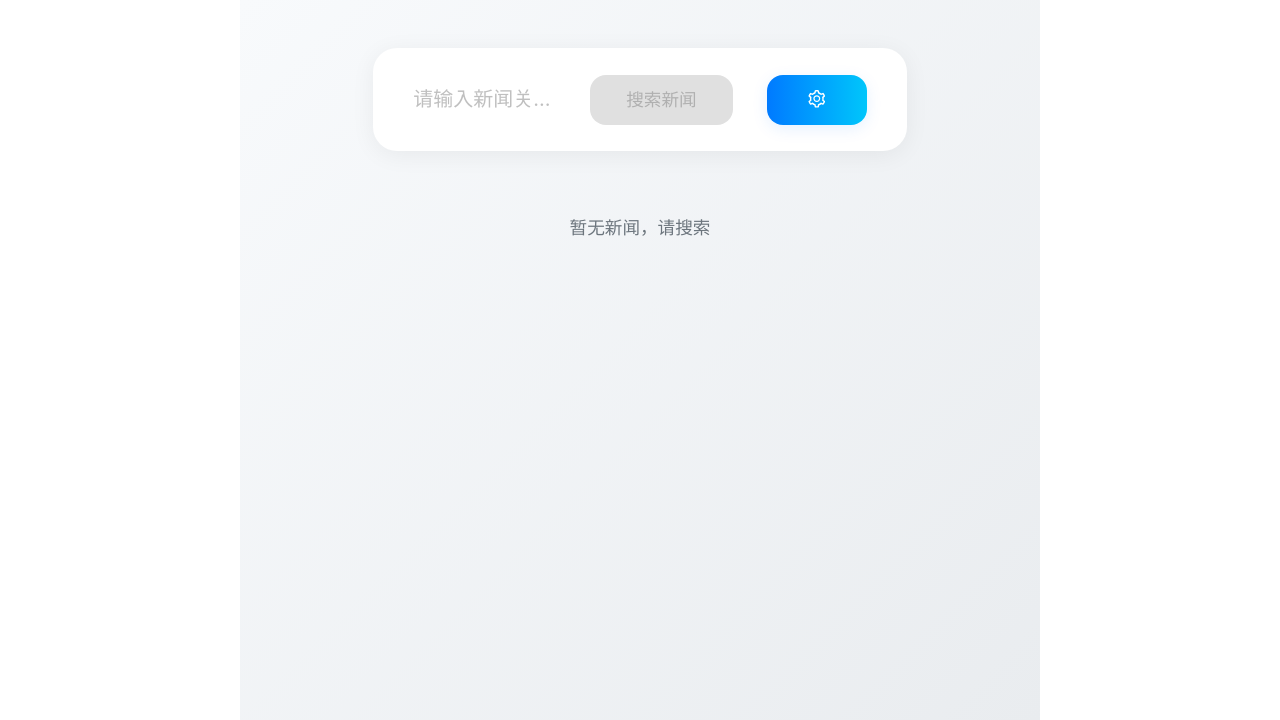
Repository: XJN7197/NewsAssistantBaseMCP
Page: / (app in frontend/)
An editor plug-in stored every save of this project. The page is shown before and after the next save, followed by the edit.
The browser window is 1280 px wide. The pictures show the whole page.
The project was rebuilt for these pictures with package versions that can differ from the ones it lists, and the page was loaded fresh each time. Also part of the build but not shown: frontend/vite.config.ts.

Above is the page before, as saved 2025-05-23 17:49:02.

### frontend/src/App.tsx
import { useState } from 'react'
import Home from './pages/Home'
import './App.css'

function App() {

  return (
    <>
      <Home/>
    </>
  )
}

export default App

### frontend/src/pages/Home.tsx
import React, { useState  } from 'react';
import { List, Checkbox, Button as AntButton, Input, Spin, Modal, Typography, Form, message } from 'antd'; // Ant Design 组件导入
import 'antd/dist/reset.css'; // 导入 Ant Design 样式
import ReactMarkdown from 'react-markdown';
import remarkGfm from 'remark-gfm';
import styles from './Home.module.css'
import { mockNewsData } from '../mock/newsData'
import { mockReportData } from '../mock/reportData'
import { SettingOutlined } from '@ant-design/icons'; // 导入设置图标

// 假设你有这些组件，后续可单独实现
// import NewsSearch from '../components/NewsSearch'
// import NewsCardList from '../components/NewsCardList'
// import AnalyzeButton from '../components/AnalyzeButton'
// import ReportModal from '../components/ReportModal'

const { Title, Text, Link } = Typography;

const Home: React.FC = () => {
  // 搜索关键词
  const [keyword, setKeyword] = useState('')
  // 新闻列表
  const [newsList, setNewsList] = useState<any[]>([])
  // 选中的新闻项
  const [selectedNews, setSelectedNews] = useState<Set<number>>(new Set());
  // 是否正在加载
  const [loading, setLoading] = useState(false)
  // 分析报告内容
  const [report, setReport] = useState<string | null>(null)
  // 控制报告弹窗显示
  const [showReport, setShowReport] = useState(false)
  // 控制设置弹窗显示
  const [showSettings, setShowSettings] = useState(false);
  // 配置数据
  const [config, setConfig] = useState<any>({});
  // 配置表单实例
  const [configForm] = Form.useForm();
  // 配置加载状态
  const [configLoading, setConfigLoading] = useState(false);

  // 下载报告处理函数
  const handleDownload = () => {
    if (!report) return;

    const timestamp = new Date().toISOString().replace(/[:.]/g, '-');
    const content = report;
    const fileName = `舆情分析报告_${timestamp}.md`;
    const blob = new Blob([content], { type: 'text/plain;charset=utf-8' });
    const url = window.URL.createObjectURL(blob);
    const link = document.createElement('a');
    link.href = url;
    link.download = fileName;
    document.body.appendChild(link);
    link.click();
    document.body.removeChild(link);
    window.URL.revokeObjectURL(url);
  };

  // 搜索新闻
  const handleSearch = async () => {
    setLoading(true)
    setNewsList([]); // 清空旧的新闻列表
    setReport(null); // 清空旧的报告
    setShowReport(false); // 关闭报告弹窗

    try {
      let data;

      // 根据环境变量决定是否使用mock数据
      if (import.meta.env.VITE_USE_MOCK_NEWS === 'true') {
        // 使用mock数据
        await new Promise(resolve => setTimeout(resolve, 1000)); // 模拟延迟
        data = mockNewsData;
      } else {
        // 使用实际API
        const response = await fetch('http://localhost:8000/search', {
          method: 'POST',
          headers: {
            'Content-Type': 'application/json',
          },
          body: JSON.stringify({ keyword: keyword }),
        });

        if (!response.ok) {
          throw new Error(`HTTP error! status: ${response.status}`);
        }

        data = await response.json();
      }

      // 检查返回的数据结构，确保有 news_list 字段
      if (data && data.news_list) {
        console.log("获取到的新闻数据:", data.news_list);
        // 初始化选中状态，默认全部选中
        const initialNewsList = data.news_list.map((news: any, index: number) => ({ ...news, id: index })); // selected 属性由 selectedNews Set 管理
        setNewsList(initialNewsList);
        const initialSelected = new Set<number>(initialNewsList.map((news: any) => news.id));
        setSelectedNews(initialSelected);
      } else {
        setNewsList([{ error: '未获取到新闻数据或数据格式不正确' }]);
      }

    } catch (error) {
      console.error("搜索新闻失败:", error);
      setNewsList([{ error: `搜索新闻失败: ${error}` }]);
    } finally {
      setLoading(false);
    }
  }

  // 分析新闻
  const handleAnalyze = async () => {
    setLoading(true);
    setReport(null); // 清空旧的报告
    setShowReport(true); // Show modal immediately

    // 过滤出选中的新闻
    const newsToAnalyze = newsList.filter(news => selectedNews.has(news.id));

    if (newsToAnalyze.length === 0) {
        setReport("没有新闻内容可供分析。");
        setLoading(false);
        return;
    }

    try {
      let data;

      // 根据环境变量决定是否使用mock数据
      if (import.meta.env.VITE_USE_MOCK_REPORT === 'true') {
        // 使用mock数据
        await new Promise(resolve => setTimeout(resolve, 1000)); // 模拟延迟
        data = mockReportData;
      } else {
        // 使用实际API
        const response = await fetch('http://localhost:8000/analyze', {
          method: 'POST',
          headers: {
            'Content-Type': 'application/json',
          },
          body: JSON.stringify({ news_list: newsToAnalyze }),
        });

        if (!response.ok) {
          throw new Error(`HTTP error! status: ${response.status}`);
        }

        data = await response.json();
      }

      // 检查返回的数据结构，确保有 report 字段
      if (data && data.report) {
        console.log("获取到的分析报告:", data.report);
        setReport(data.report);
      } else {
        setReport("未获取到分析报告或报告格式不正确");
      }

    } catch (error) {
      console.error("分析新闻失败:", error);
      setReport(`分析新闻失败: ${error}`);
    } finally {
      setLoading(false);
    }
  }



  // 获取配置
  const fetchConfig = async () => {
    setConfigLoading(true);
    try {
      const response = await fetch('http://localhost:8000/config');
      if (!response.ok) {
        throw new Error(`HTTP error! status: ${response.status}`);
      }
      const data = await response.json();
      if (data && data.config) {
        setConfig(data.config);
        configForm.setFieldsValue(data.config); // 设置表单初始值
      } else if (data && data.error) {
        message.error(`获取配置失败: ${data.error}`);
      } else {
        message.error('获取配置失败: 未知错误');
      }
    } catch (error) {
      console.error("获取配置失败:", error);
      message.error(`获取配置失败: ${error}`);
    } finally {
      setConfigLoading(false);
    }
  };

  // 更新配置
  const updateConfig = async (values: any) => {
    setConfigLoading(true);
    try {
      const response = await fetch('http://localhost:8000/config', {
        method: 'POST',
        headers: {
          'Content-Type': 'application/json',
        },
        body: JSON.stringify({ config: values }),
      });

      if (!response.ok) {
        throw new Error(`HTTP error! status: ${response.status}`);
      }

      const data = await response.json();
      if (data && data.status === '✅ .env 文件已更新') {
        message.success('配置更新成功！');
        setConfig(data.config); // 更新本地配置状态
        setShowSettings(false); // 关闭弹窗
      } else if (data && data.error) {
        message.error(`更新配置失败: ${data.error}`);
      } else {
        message.error('更新配置失败: 未知错误');
      }

    } catch (error) {
      console.error("更新配置失败:", error);
      message.error(`更新配置失败: ${error}`);
    } finally {
      setConfigLoading(false);
    }
  };

  // 处理设置按钮点击
  const handleSettingsClick = () => {
    setShowSettings(true);
    fetchConfig(); // 打开弹窗时获取最新配置
  };

  return (
    <div className={styles['home-container']}>
      {/* 搜索栏 - 使用 Ant Design 组件 */}
      <div className={styles['search-bar']}>
        <Input
          placeholder="请输入新闻关键词"
          value={keyword}
          onChange={e => setKeyword(e.target.value)}
          onPressEnter={handleSearch} // 支持回车搜索
          style={{ flex: 1, fontSize: '1.25rem', padding: '12px 0' }} // 保持原有部分样式
        />
        <AntButton
          type="primary"
          onClick={handleSearch}
          loading={loading}
          disabled={!keyword}
          style={{ borderRadius: '16px', padding: '14px 36px', fontSize: '1.1rem', fontWeight: 500, marginRight: '10px' }} // 保持原有部分样式，并添加右边距
        >
          搜索新闻
        </AntButton>
        {/* 新增设置按钮 */}
        <AntButton
          icon={<SettingOutlined />}
          onClick={handleSettingsClick}
          style={{ width:'100px',borderRadius: '16px', padding: '14px', fontSize: '1.1rem', fontWeight: 500 }}
        />
      </div>

      {/* 新闻列表 - 使用 Ant Design List 组件 */}
      <div className={styles['news-list-container']}> {/* 新增一个容器来控制 List 的宽度和间距 */}
        {loading && newsList.length === 0 && <div style={{ textAlign: 'center', padding: '40px 0' }}><Spin size="large" /></div>}
        {!loading && newsList.length === 0 && <div style={{ textAlign: 'center', color: '#6c757d', fontSize: '1.1rem', padding: '40px 0' }}>暂无新闻，请搜索</div>}
        {newsList.length > 0 && newsList[0].error && (
          <div className={styles['error-message']}>{newsList[0].error}</div>
        )}
        {newsList.length > 0 && !newsList[0].error && (
          <List
            itemLayout="horizontal"
            dataSource={newsList}
            renderItem={item => {
              const onItemChange = (e: any) => {
                setSelectedNews(prevSelected => {
                  const newSelected = new Set(prevSelected);
                  if (e.target.checked) {
                    newSelected.add(item.id);
                  } else {
                    newSelected.delete(item.id);
                  }
                  return newSelected;
                });
              };
              return (
                <List.Item
                  actions={[
                    <Link href={item.url} target="_blank" rel="noopener noreferrer">阅读原文</Link>
                  ]}
                  style={{ background: '#fff', borderRadius: '12px', marginBottom: '16px', padding: '20px', boxShadow: '0 2px 12px 0 rgba(0,0,0,0.05)' }}
                >
                  <List.Item.Meta
                    avatar={<Checkbox checked={selectedNews.has(item.id)} onChange={onItemChange} style={{paddingRight: '10px'}}/>}
                    title={<Title level={5} style={{ margin: 0, fontSize: '1.3rem', fontWeight: 600, color: '#1d1d1f' }}>{item.title}</Title>}
                    description={<Text type="secondary" style={{ fontSize: '1rem', lineHeight: 1.6, display: '-webkit-box', WebkitLineClamp: 3, WebkitBoxOrient: 'vertical', overflow: 'hidden', textOverflow: 'ellipsis' }}>{item.desc}</Text>}
                  />
                </List.Item>
              );
            }}
          />
        )}
      </div>

      {/* 一键分析按钮 - 使用 Ant Design Button */}
      {newsList.length > 0 && !newsList[0].error && (
        <div className={styles['analyze-btn']}>
          <AntButton
            type="primary"
            onClick={handleAnalyze}
            loading={loading}
            disabled={selectedNews.size === 0}
            style={{ borderRadius: '16px', padding: '16px 48px', fontSize: '1.2rem', fontWeight: 600, background: 'linear-gradient(90deg, #34e89e 0%, #0f3443 100%)' }} // 保持原有部分样式
          >
            一键舆情分析
          </AntButton>
        </div>
      )}

      {/* 分析报告弹窗 - 使用 Ant Design Modal */}
      <Modal
        title={<Title level={3} style={{ textAlign: 'center', marginBottom: 0 }}>舆情分析报告</Title>}
        open={showReport}
        onCancel={() => setShowReport(false)}
        footer={[
          <AntButton
            key="download"
            onClick={handleDownload}
            disabled={!report}
            style={{ borderRadius: '12px', marginRight: '8px' }}
          >
            下载报告
          </AntButton>,
          <AntButton key="close" type="primary" onClick={() => setShowReport(false)} style={{ borderRadius: '12px' }}>
            关闭
          </AntButton>
        ]}
        width="60vw"
        styles={{ body: { maxHeight: '70vh', overflowY: 'auto', background: '#fff', padding: '24px 40px' } }}
      >
        {loading && !report ? (
          <div style={{ textAlign: 'center', padding: '40px 0' }}>
            <Spin size="large" tip="分析报告生成中..." />
          </div>
        ) : report ? (
          <ReactMarkdown remarkPlugins={[remarkGfm]}>{report}</ReactMarkdown>
        ) : (
          <Text>报告生成中或无内容...</Text>
        )}
      </Modal>

      {/* 设置弹窗 */}
      <Modal
        title={<Title level={3} style={{ textAlign: 'center', marginBottom: 0 }}>配置设置</Title>}
        open={showSettings}
        onCancel={() => setShowSettings(false)}
        footer={[
          <AntButton key="cancel" onClick={() => setShowSettings(false)} style={{ borderRadius: '12px' }}>
            取消
          </AntButton>,
          <AntButton key="submit" type="primary" loading={configLoading} onClick={() => configForm.submit()} style={{ borderRadius: '12px' }}>
            保存
          </AntButton>,
        ]}
        width="50vw"
        styles={{ body: { maxHeight: '70vh', overflowY: 'auto', background: '#fff', padding: '24px 40px' } }}
      >
        {configLoading && Object.keys(config).length === 0 ? (
          <div style={{ textAlign: 'center', padding: '40px 0' }}>
            <Spin size="large" tip="加载配置中..." />
          </div>
        ) : (
          <Form
            form={configForm}
            layout="vertical"
            onFinish={updateConfig}
            initialValues={config} // 使用状态中的配置作为初始值
          >
            {Object.keys(config).map(key => (
              <Form.Item
                key={key}
                label={key}
                name={key}
                rules={[{ required: true, message: `请输入 ${key}!` }]} // 简单的必填校验
              >
                <Input />
              </Form.Item>
            ))}
          </Form>
        )}
      </Modal>
    </div>
  )
}

export default Home

### frontend/src/pages/Home.module.css
.home-container {
  height: 100vh;
  width: 800px;
  background: linear-gradient(135deg, #f8fafc 0%, #e9ecef 100%);
  display: flex;
  flex-direction: column;
  align-items: center;
  padding: 48px 0 48px 0; /* 调整了上下padding，左右padding设为0，因为内容区会通过max-width控制 */
  font-family: -apple-system, BlinkMacSystemFont, "Segoe UI", Roboto, "Helvetica Neue", Arial, "PingFang SC", "Hiragino Sans GB", "Microsoft YaHei", sans-serif;
}

.search-bar {
  display: flex;
  position: sticky; top: 0; z-index: 1;
  align-items: center;
  gap: 24px; /* 增加了元素间距 */
  background: #fff;
  border-radius: 24px; /* 更大的圆角 */
  box-shadow: 0 4px 24px 0 rgba(0,0,0,0.06); /* 更柔和的阴影 */
  padding: 24px 40px; /* 增加了内边距 */
  margin-bottom: 24px; /* 减小了与下方元素的间距 */
  width: 66.66%; /* 宽度固定为视口宽度的2/3 */
  /* height: 250px; 高度固定为250px */
  max-width: none; /* 移除最大宽度限制 */
}

.search-bar input[type="text"] {
  border: none;
  outline: none;
  font-size: 1.25rem; /* 稍大字体 */
  background: transparent;
  color: #222;
  padding: 12px 6px;
}

.search-bar button {
  height: 50px;
  background: linear-gradient(90deg, #007aff 0%, #00c6fb 100%);
  color: #fff;
  border: none;
  border-radius: 16px; /* 更大的圆角 */
  padding: 14px 36px; /* 增加了按钮padding */
  font-size: 1.1rem; /* 稍大字体 */
  font-weight: 500;
  cursor: pointer;
  transition: background 0.2s, box-shadow 0.2s;
  box-shadow: 0 4px 16px 0 rgba(0,122,255,0.10); /* 按钮阴影 */
}

.search-bar button:disabled {
  background: #e0e0e0;
  color: #b0b0b0;
  cursor: not-allowed;
  box-shadow: none;
}

.news-list-container { /* Renamed from .news-list */
  width: 66.66%; /* 宽度固定为视口宽度的2/3 */
  /* height: 1500px; 高度固定为1500px */
  max-width: none; /* 移除最大宽度限制 */
  margin-bottom: 40px;
  min-height: 180px; /* 最小高度，避免内容过少时塌陷 */
  display: flex;
  flex-direction: column;
  gap: 24px; /* 新闻卡片之间的间距 */
  overflow-y: auto; /* 添加垂直滚动 */
  /* 可以在这里添加新闻卡片的样式，或者为新闻卡片组件单独创建样式文件 */
}

/* 针对 news-list 中暂无新闻的提示文本样式 */
.news-list > div {
  color: #6c757d; /* 柔和的提示文字颜色 */
  font-size: 1.1rem;
  text-align: center;
  padding: 40px 0;
}

/* Styles for .news-card, .checkbox-container, .news-content, .news-title, .news-desc, .news-link are removed as Ant Design components handle them */

/* 错误消息样式 */
.error-message {
  color: #dc3545; /* 红色错误提示 */
  font-size: 1.1rem;
  text-align: center;
  padding: 40px 0;
}


.analyze-btn {
  margin-bottom: 32px;
}

.analyze-btn button {
  background: linear-gradient(90deg, #34e89e 0%, #0f3443 100%); /* 保持了之前的渐变色 */
  color: #fff;
  border: none;
  border-radius: 16px; /* 更大的圆角 */
  padding: 16px 48px; /* 增加了按钮padding */
  font-size: 1.2rem; /* 稍大字体 */
  font-weight: 600;
  cursor: pointer;
  transition: background 0.2s, box-shadow 0.2s;
  box-shadow: 0 4px 16px 0 rgba(52,232,158,0.10); /* 按钮阴影 */
}

.analyze-btn button:disabled {
  background: #e0e0e0;
  color: #b0b0b0;
  cursor: not-allowed;
  box-shadow: none;
}

/* Styles for .report-modal and its children are removed as Ant Design Modal component handles them */

### frontend/src/mock/newsData.ts
export const mockNewsData = {
    news_list: [
      {
        title: "Qwen引领AI前端技术革新：深度解析一句话开发网页的突破_模型_行业_创新",
        desc: "在人工智能快速发展的2025年，来自量子位的最新报道显示，AI技术正迎来前所未有的革新，尤其是在前端开发领域。由Qwen推出的“AI前端工程师”WebDev工具，以...",
        url: "https://news.sohu.com/a/893821748_121924584"
      },
      {
        title: "谷歌推Gemini2.5Pro模型，AI 助力前端开发与复杂编程",
        desc: "谷歌推Gemini2.5Pro模型#，AI 助力前端开发与复杂编程】5 月7 日消息，科技媒体The Decoder 昨日（5 月6 日）发布博文，报道称谷歌为预热今年的I/O...",
        url: "https://news.sina.com.cn/external/car/2025-05-07/doc-inevtine1324735.shtml"
      },
      {
        title: "前端程序员请注意！首个截图就能生成现代前端代码的AI来了 | 已开源",
        desc: "现在截图生成代码，已经来到了一个新高度——. ⾸个⾯向现代前端代码⽣成的多模态⼤模型解决⽅案，来了！ 而且是开源的那种。 前端程序员请注意！首个截图就能...",
        url: "https://www.qbitai.com/2025/02/258521.html"
      },
      {
        title: "AI包办79%代码，程序员饭碗不保，前端开发要凉，人类只配改Bug？",
        desc: "编码助手更偏向自动化。有79%的Claude Code对话可以被归为「自动化」，即AI直接完成任务，而不是与人类协作「增强」。相比之下，Claude.ai的对话中只有49%是...",
        url: "https://m.36kr.com/p/3271134281245063"
      },
      {
        title: "武汉烽火申请前后端协同开发方法专利，大大降低前后端耦合度",
        desc: "本文源自:金融界. 金融界2025年5月15日消息，国家知识产权局信息显示，武汉烽火信息集成技术有限公司申请一项名为“前后端协同开发方法、装置、设备及可...",
        url: "https://cj.sina.cn/articles/view/1704103183/65928d0f02007wlqg?froms=ggmp"
      }
    ]
  };

### frontend/src/mock/reportData.ts
// 模拟舆情分析报告数据
export const mockReportData = {
  report: `
  **分析时间：** 2025-05-22 20:48:32

  ---

  ## 📥 原始新闻内容

  ### 新闻1
  - **标题**: Qwen引领AI前端技术革新：深度解析一句话开发网页的突破_模型_行业_创新
  - **描述**: 在人工智能快速发展的2025年，来自量子位的最新报道显示，AI技术正迎来前所未有的革新，尤其是在前端开发领域。由Qwen推出的“AI前端工程师”WebDev工具，以...
  - **链接**: https://news.sohu.com/a/893821748_121924584

  ### 新闻2
  - **标题**: 谷歌推Gemini2.5Pro模型，AI 助力前端开发与复杂编程
  - **描述**: 谷歌推Gemini2.5Pro模型#，AI 助力前端开发与复杂编程】5 月7 日消息，科技媒体The Decoder 昨日（5 月6 日）发布博文，报道称谷歌为预热今年的I/O...
  - **链接**: https://news.sina.com.cn/external/car/2025-05-07/doc-inevtine1324735.shtml

  ### 新闻3
  - **标题**: 前端程序员请注意！首个截图就能生成现代前端代码的AI来了 | 已开源
  - **描述**: 现在截图生成代码，已经来到了一个新高度——. ⾸个⾯向现代前端代码⽣成的多模态⼤模型解决⽅案，来了！ 而且是开源的那种。 前端程序员请注意！首个截图就能...
  - **链接**: https://www.qbitai.com/2025/02/258521.html

  ### 新闻4
  - **标题**: AI包办79%代码，程序员饭碗不保，前端开发要凉，人类只配改Bug？
  - **描述**: 编码助手更偏向自动化。有79%的Claude Code对话可以被归为「自动化」，即AI直接完成任务，而不是与人类协作「增强」。相比之下，Claude.ai的对话中只有49%是...
  - **链接**: https://m.36kr.com/p/3271134281245063

  ### 新闻5
  - **标题**: 武汉烽火申请前后端协同开发方法专利，大大降低前后端耦合度
  - **描述**: 本文源自:金融界. 金融界2025年5月15日消息，国家知识产权局信息显示，武汉烽火信息集成技术有限公司申请一项名为“前后端协同开发方法、装置、设备及可...
  - **链接**: https://cj.sina.cn/articles/view/1704103183/65928d0f02007wlqg?froms=ggmp

  ---

  ## 📊 分析结果

  ### 舆情分析报告
  **日期**：2025年5月
  **分析范围**：五篇关于AI与前端开发的新闻

  ---

  #### **一、情绪倾向分析**
  | 新闻编号 | 情绪倾向 | 原因说明 |
  |----------|----------|----------|
  | **新闻1** | **正面** | 强调Qwen的“革新”“突破”等词汇，突出AI技术对前端开发的赋能，传递积极创新信号。 |
  | **新闻2** | **正面** | 谷歌推出新模型推动“AI助力前端开发”，体现技术迭代的行业趋势，语气温和但积极。 |
  | **新闻3** | **正面** | 聚焦“首个截图生成代码”“开源”等关键词，展示AI工具的实用性和开放性，引发开发者关注。 |
  | **新闻4** | **负面** | 标题直接使用“饭碗不保”“要凉”等强烈词汇，讨论AI对程序员职业的冲击，情绪偏担忧。 |
  | **新闻5** | **正面** | 武汉烽火的专利申请聚焦“降低耦合度”技术优化，体现行业对效率提升的关注，属中性积极技术报道。 |

  ---

  #### **二、舆情总结**
  1. **技术革新主导正面情绪**
     - 多篇新闻聚焦AI在前端开发中的创新应用（如Qwen、Gemini2.5Pro、开源工具），强调效率提升、自动化开发等优势，反映行业对AI技术的期待与认可。
     - 专利申请（新闻5）进一步表明企业对技术优化的重视，传递积极发展趋势。

  2. **负面情绪集中于就业风险**
     - 新闻4通过“79%代码由AI包办”“程序员饭碗不保”等表述，引发对AI替代人力的焦虑，负面情绪显著，但未否认技术价值。

  3. **行业矛盾与机遇并存**
     - 正面报道多关注技术突破，负面内容则反映人类与AI协作模式的争议，整体呈现“技术进步”与“职业担忧”的双重叙事。

  ---

  #### **三、建议**
  - **技术开发者**：关注AI工具的开源与迭代（如新闻3），同时提升复合技能以适应自动化趋势。
  - **企业与政策制定者**：平衡技术应用与就业保障，推动人机协作模式的探索。
  - **媒体传播**：客观呈现AI对行业的赋能与挑战，避免过度渲染负面情绪。

  **结论**：当前舆情以技术革新为核心积极主题，但需警惕AI对职业结构的潜在冲击，行业需在创新与人文关怀间寻求平衡。
`
}

Loaded but not shown: frontend/index.html (common file); frontend/src/main.tsx (common file); frontend/src/index.css (common file); frontend/src/App.css (common file)

After the next save:
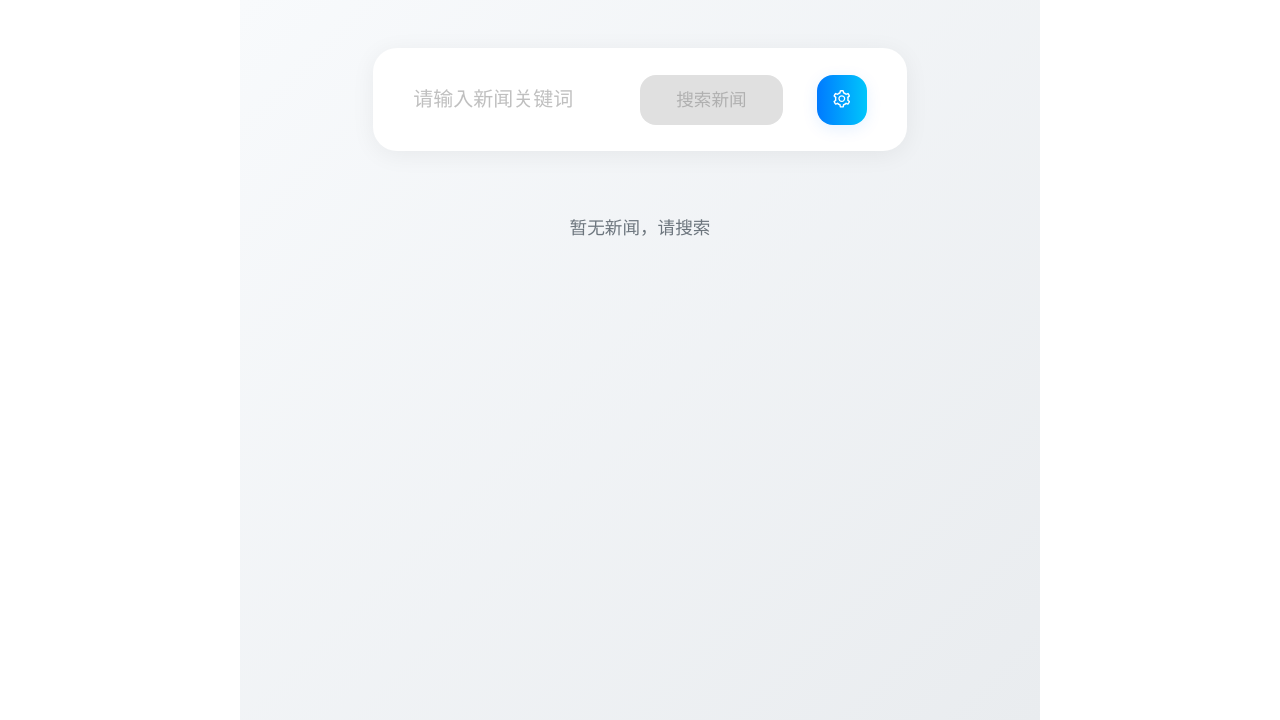
Saved 12 s later.
--- a/frontend/src/pages/Home.tsx
+++ b/frontend/src/pages/Home.tsx
@@ -256,7 +256,7 @@ const Home: React.FC = () => {
         <AntButton
           icon={<SettingOutlined />}
           onClick={handleSettingsClick}
-          style={{ width:'100px',borderRadius: '16px', padding: '14px', fontSize: '1.1rem', fontWeight: 500 }}
+          style={{ width:'50px',borderRadius: '16px', padding: '14px', fontSize: '1.1rem', fontWeight: 500 }}
         />
       </div>
 
